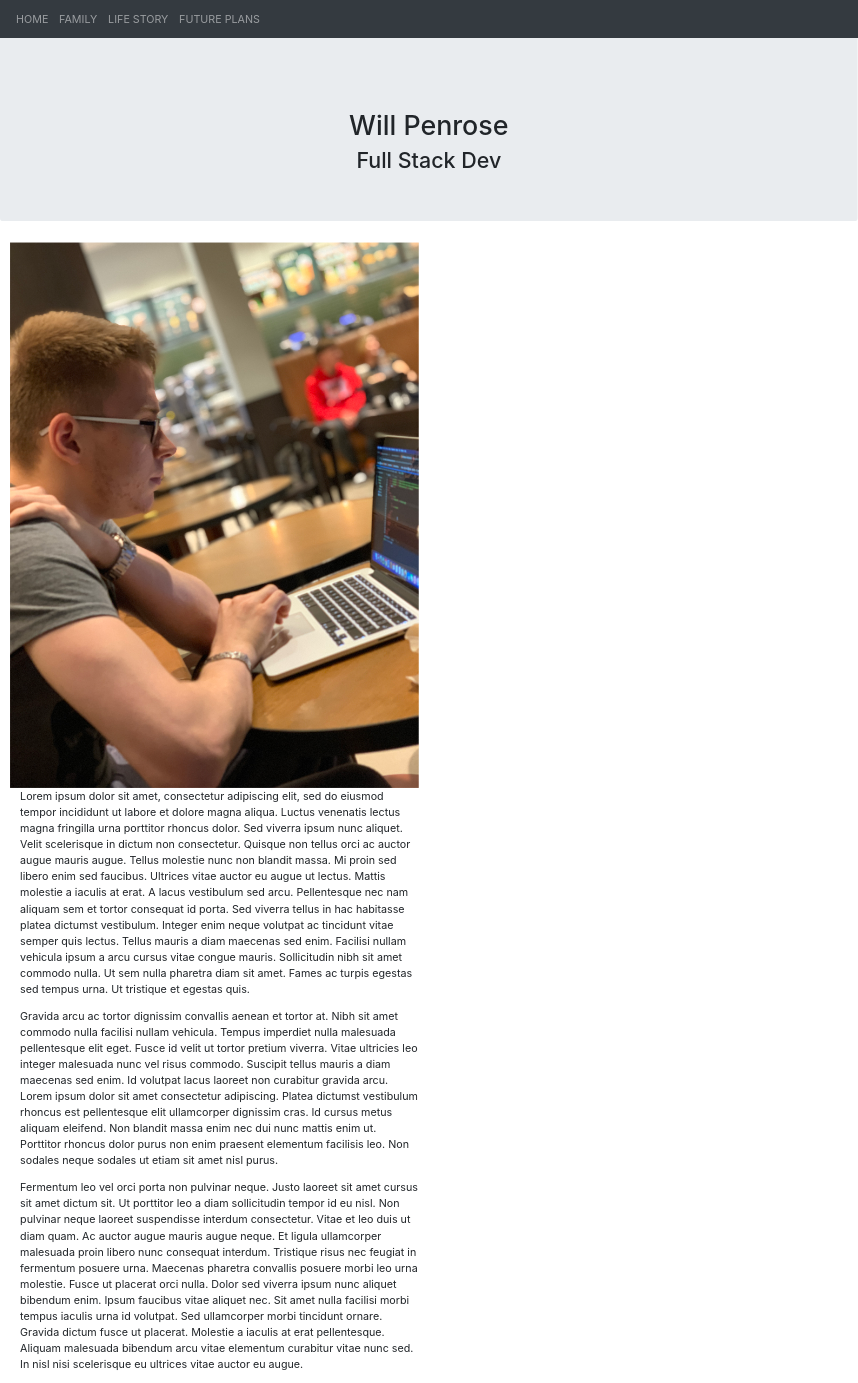
Repository: Code-Institute-Submissions/user-centric-frontend-dev-milestone-project
Page: index.html
The author's editor kept a record of every edit. The page is drawn from the files as they stood at one moment, then again after the next edit.
The browser window is 1280 px wide. The pictures show the whole page, at 67% of full size.

Above is the page before.

After the next edit:
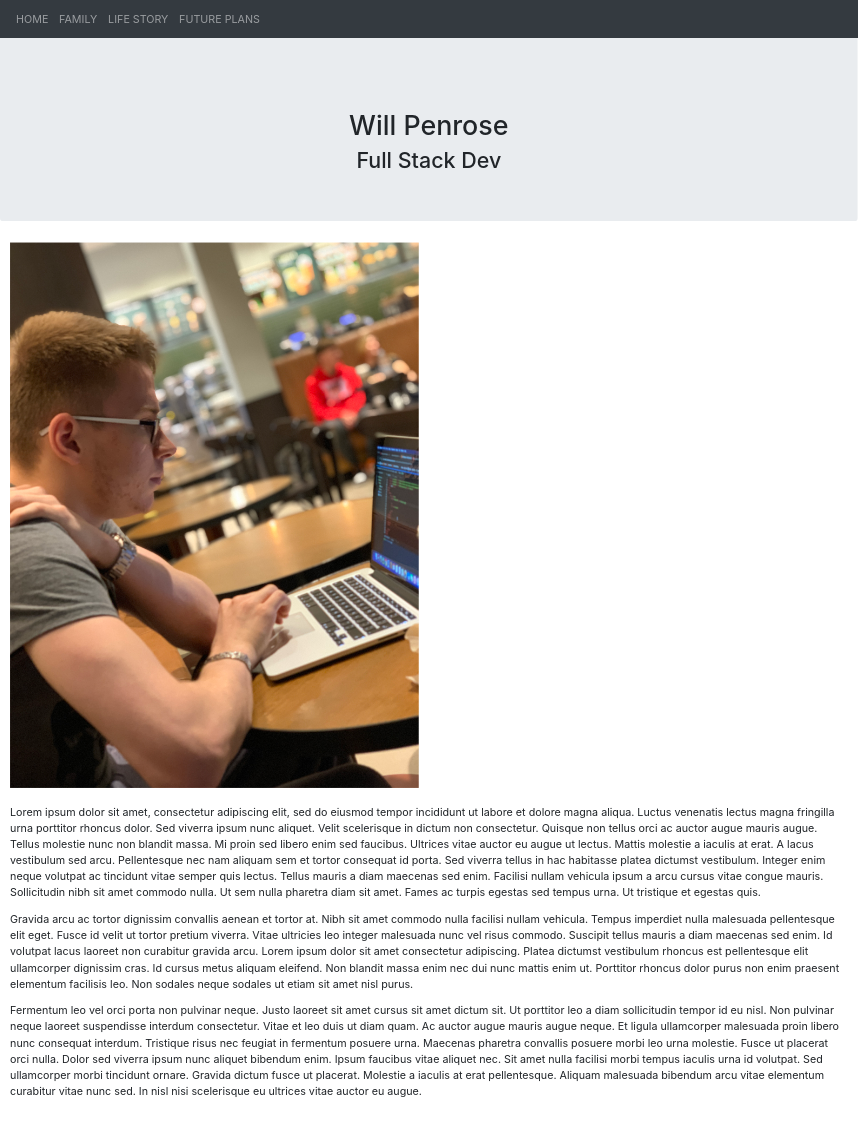
The edit:
--- a/assets/css/style.css
+++ b/assets/css/style.css
@@ -14,7 +14,8 @@
 /*----------------------Text*/
 
 .home-paragraphs {
-    position: absolute;
+    display: inline;
+
 }
 
 /*----------------------Media Quires*/
